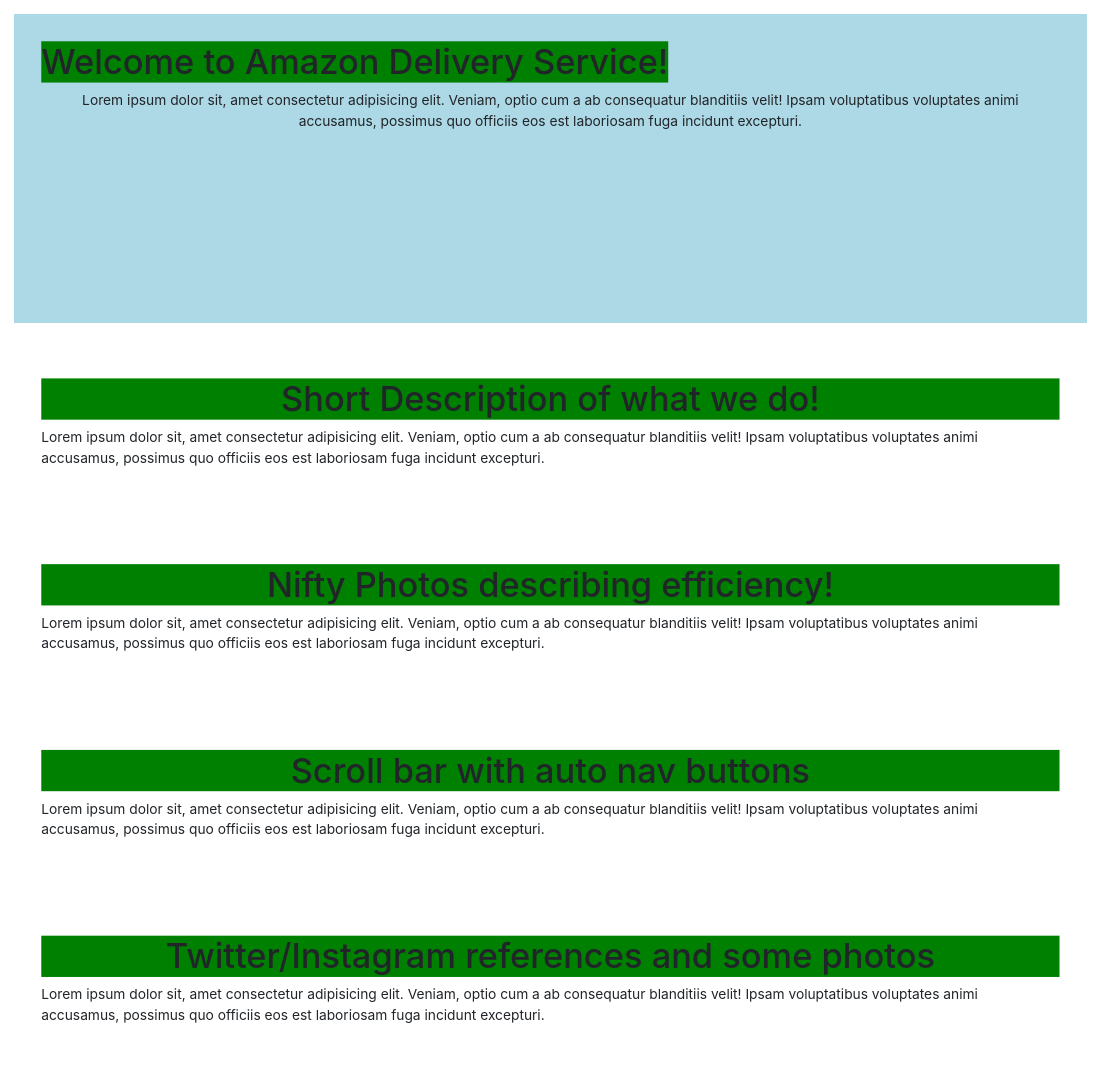
Repository: cerebrium/website
Page: /
The author's editor kept a copy of each file at every save. The page is drawn from the files as they stood at one save, then again after a run of saves.
The browser window is 1280 px wide. The pictures show the whole page, at 86% of full size.
The project was rebuilt for these pictures with package versions that can differ from the ones it lists, and the page was loaded fresh each time. Also part of the build but not shown: src/Routes/About.jsx, src/Routes/Recruitment.jsx, src/Routes/Testimonials.jsx, src/Routes/Policies.jsx, src/Routes/Contact.jsx.

Above is the page before, as saved 2019-11-02 12:57:02.

After the next 2 saves:
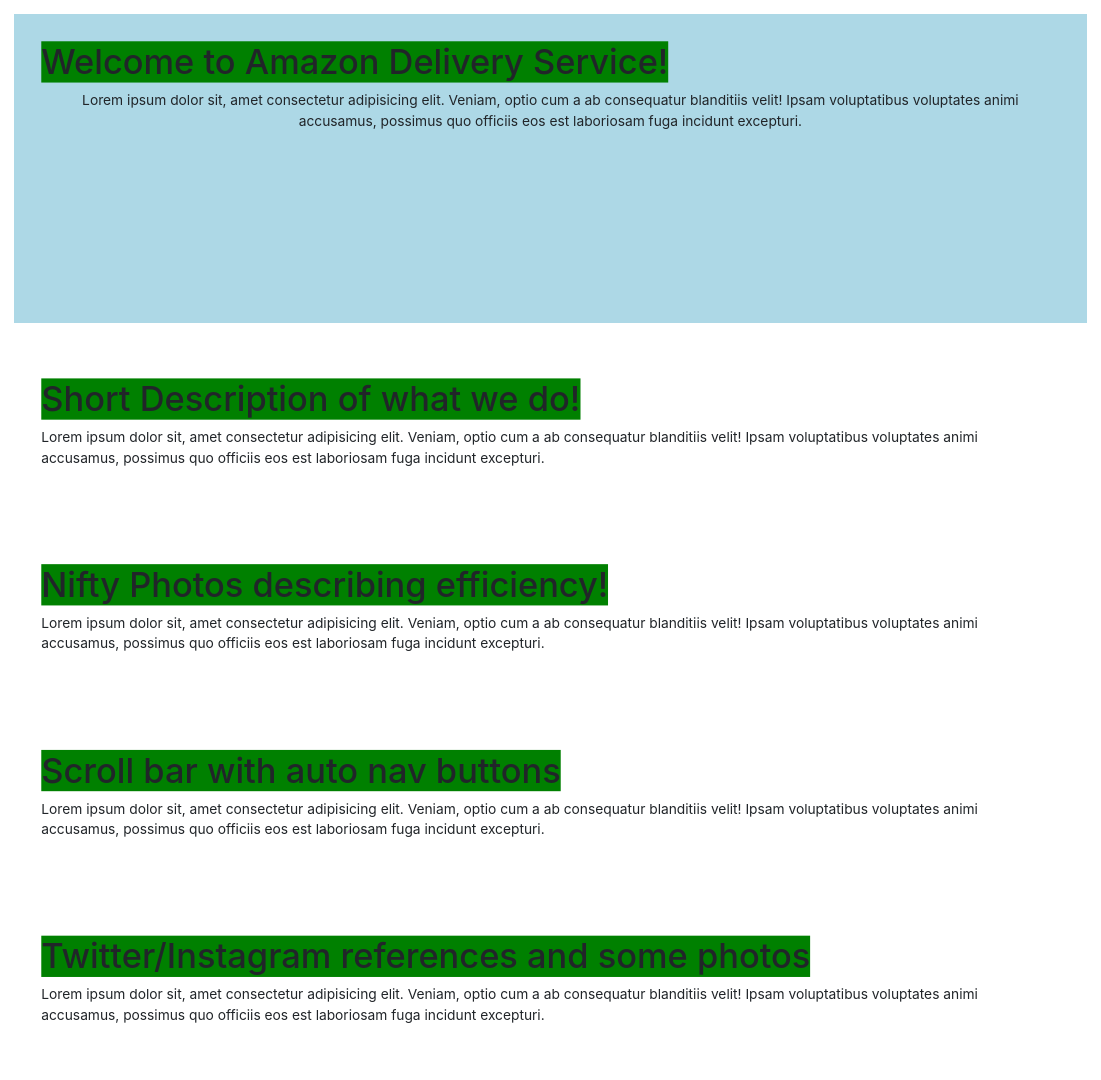
The 2 saves are shown as one change because they came seconds apart.
The last was saved 21 s later.
--- a/src/styles/App.css
+++ b/src/styles/App.css
@@ -55,7 +55,4 @@
 }
 h1 {
   background: green;
-  position: relative;
-  text-align: center;
-  width: 100%;
 }

After the save that followed:
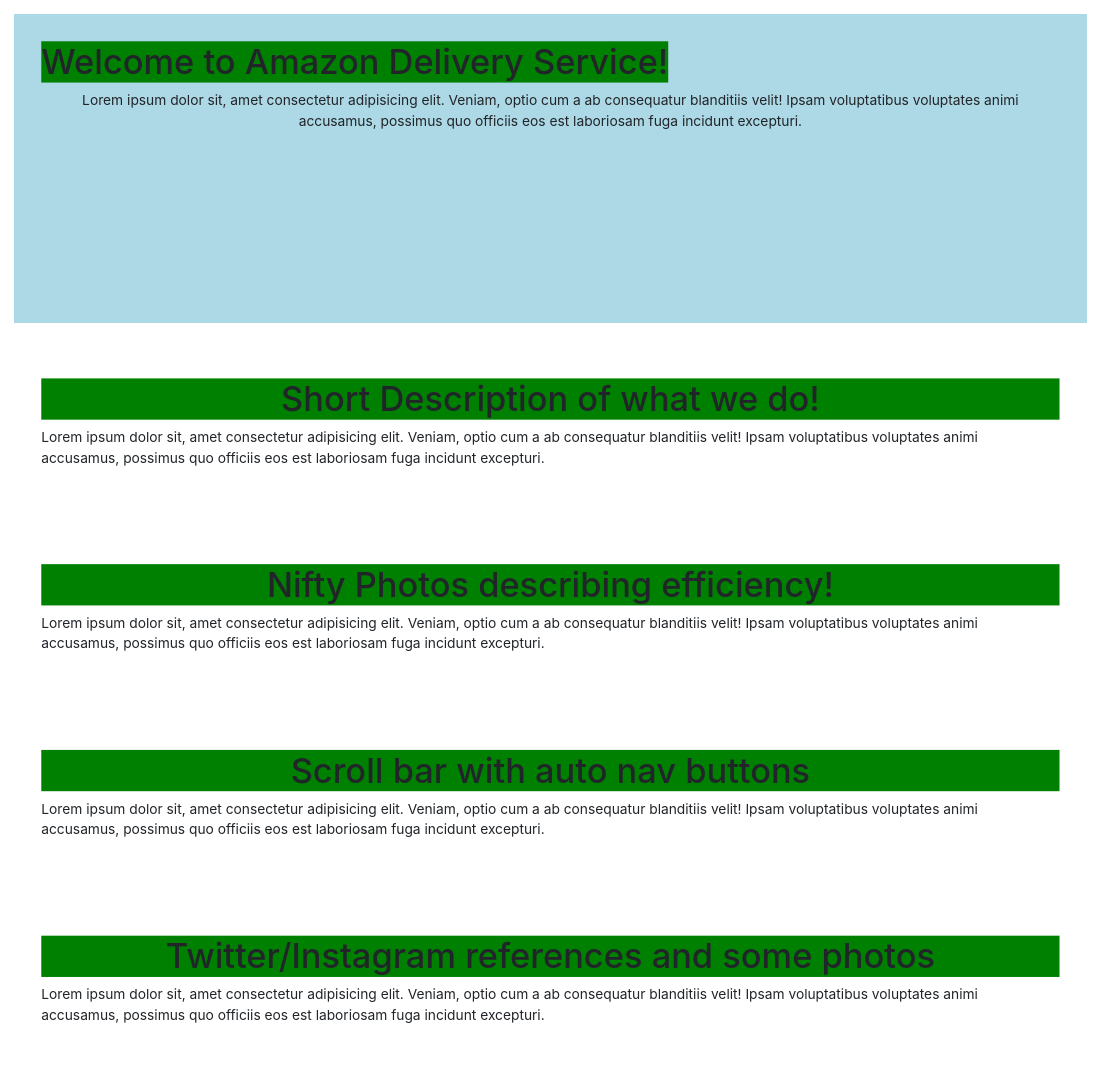
Saved 26 s later.
--- a/src/styles/App.css
+++ b/src/styles/App.css
@@ -55,4 +55,7 @@
 }
 h1 {
   background: green;
+  position: relative;
+  text-align: center;
+  width: 100%;
 }
